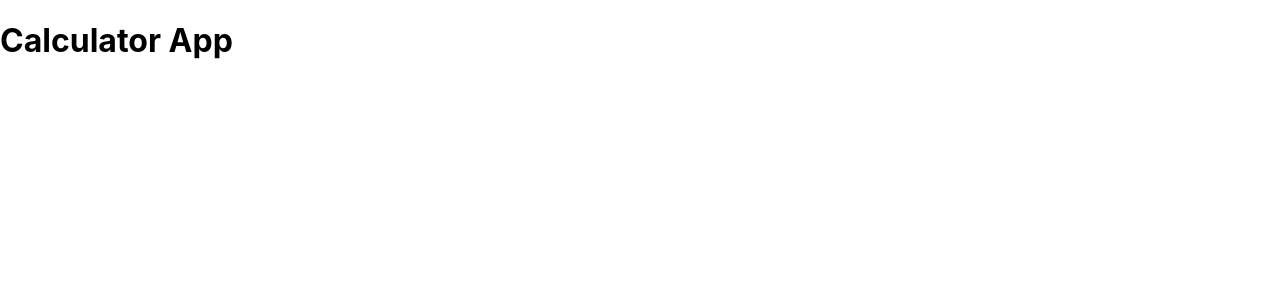
Repository: thesaherriaz/Calculator-React
Page: /
An editor plug-in stored every save of this project. The page is shown before and after the next save, followed by the edit.
The browser window is 1280 px wide. The pictures show the whole page.
The project was rebuilt for these pictures with package versions that can differ from the ones it lists, and the page was loaded fresh each time.

Above is the page before, as saved 2025-06-18 14:08:57.

### src/App.js
import React from 'react'
import Calculator from './compnents/Calculator'

function App() {
  return (
    <Calculator />
  )
}

export default App

### src/compnents/Calculator.jsx
import React from 'react'

function Calculator() {
  return (
    <>
        <div className="Calculator">
            <h1>Calculator App </h1>
        </div>
    </>
  )
}

export default Calculator

Loaded but not shown: public/index.html (common file); src/index.js (common file); src/index.css (common file); src/reportWebVitals.js (common file)

After the next save:
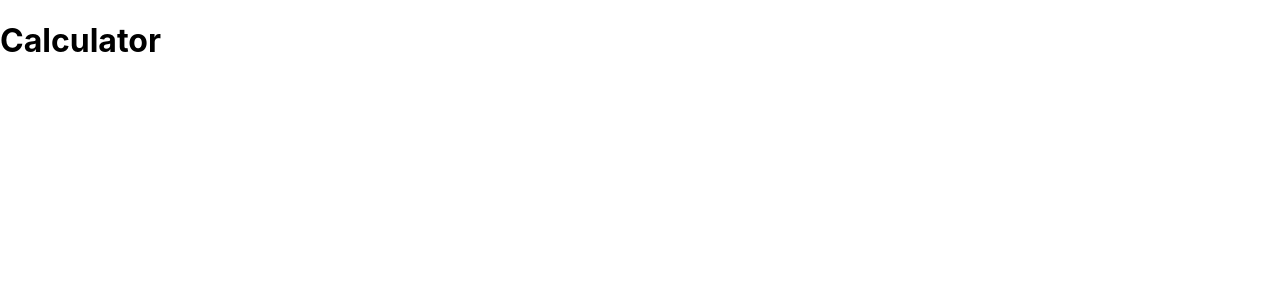
Saved 17 s later.
--- a/src/compnents/Calculator.jsx
+++ b/src/compnents/Calculator.jsx
@@ -4,7 +4,7 @@ function Calculator() {
   return (
     <>
         <div className="Calculator">
-            <h1>Calculator App </h1>
+            <h1>Calculator</h1>
         </div>
     </>
   )
